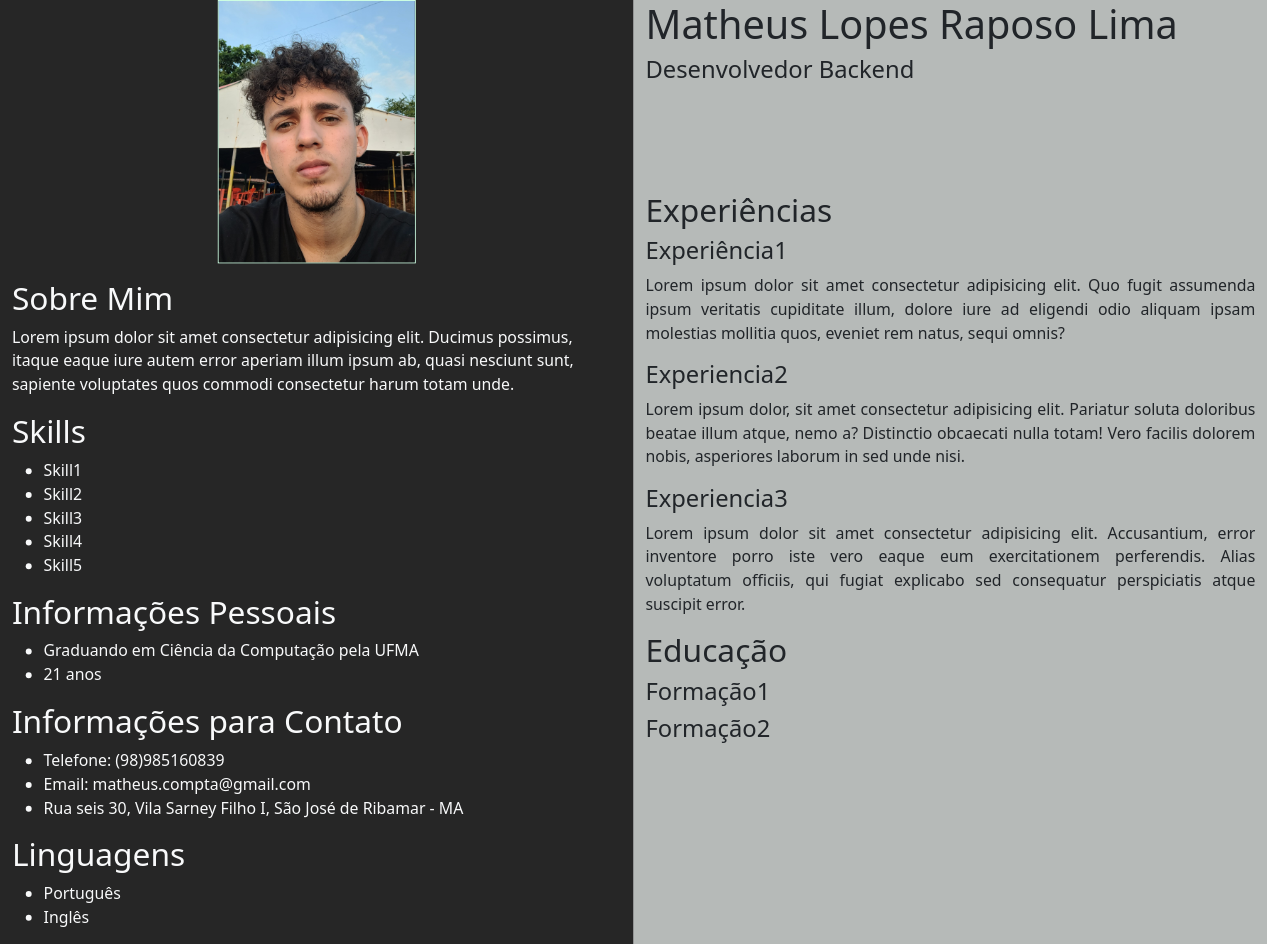
Repository: MaatheusRaposo/Curriculo_Web
Page: index.html
An editor plug-in stored every save of this project. The page is shown before and after the next save, followed by the edit.
The browser window is 1280 px wide. The pictures show the whole page, at 99% of full size.

Above is the page before, as saved 2026-05-28 00:23:26.

### index.html
<!DOCTYPE html>
<html lang="en">
<head>
    <meta charset="UTF-8">
    <meta name="viewport" content="width=device-width, initial-scale=1.0">
    <title>Curriculo Matheus Raposo</title>
    <link href="https://cdn.jsdelivr.net/npm/bootstrap@5.3.8/dist/css/bootstrap.min.css" rel="stylesheet" integrity="sha384-sRIl4kxILFvY47J16cr9ZwB07vP4J8+LH7qKQnuqkuIAvNWLzeN8tE5YBujZqJLB" crossorigin="anonymous">
    <link rel="stylesheet" href="assets/css/style.css">
</head>
<body>
    <div class="container-fluid">
        <div class="row align-items-stretch min-vh-100">
            <div class="col text-light d-flex flex-column" id="coluna-esquerda">
                <div class="d-flex justify-content-center align-items-center">
                    <img class="foto-perfil position-relative mb-3" src="assets/images/20230725_175129.jpg" alt="">
                </div>
                <section>
                    <h2>Sobre Mim</h2>
                    <p>Lorem ipsum dolor sit amet consectetur adipisicing elit. Ducimus possimus, itaque eaque iure autem error aperiam illum ipsum ab, quasi nesciunt sunt, sapiente voluptates quos commodi consectetur harum totam unde.</p>
                </section>
                <section>
                    <h2>Skills</h2>
                    <ul>
                        <li>Skill1</li>
                        <li>Skill2</li>
                        <li>Skill3</li>
                        <li>Skill4</li>
                        <li>Skill5</li>
                    </ul>
                </section>
                <section>
                    <h2>Informações Pessoais</h2>
                    <ul>
                        <li>Graduando em Ciência da Computação pela UFMA</li>
                        <li>21 anos</li>
                    </ul>
                </section>
                <section>
                    <h2>Informações para Contato</h2>
                    <ul>
                        <li>Telefone: (98)985160839</li>
                        <li>Email: matheus.compta@gmail.com</li>
                        <li>Rua seis 30, Vila Sarney Filho I, São José de Ribamar - MA</li>
                    </ul>
                </section>
                <section>
                    <h2>Linguagens</h2>
                    <ul>
                        <li>Português</li>
                        <li>Inglês</li>
                    </ul>
                </section>
            </div>
            <div class="col d-flex flex-column" id="coluna-direita">
                <section>
                    <h1>Matheus Lopes Raposo Lima</h1>
                    <h4>Desenvolvedor Backend</h4>
                </section>
                <div class="d-flex justify-content-center flex-column mt-3 espacamento-classes">
                    <section>
                        <h2>Experiências</h2>
                        <section>
                            <h4>Experiência1</h4>
                            <p>Lorem ipsum dolor sit amet consectetur adipisicing elit. Quo fugit assumenda ipsum veritatis cupiditate illum, dolore iure ad eligendi odio aliquam ipsam molestias mollitia quos, eveniet rem natus, sequi omnis?</p>
                        </section>
                        <section>
                            <h4>Experiencia2</h4>
                            <p>Lorem ipsum dolor, sit amet consectetur adipisicing elit. Pariatur soluta doloribus beatae illum atque, nemo a? Distinctio obcaecati nulla totam! Vero facilis dolorem nobis, asperiores laborum in sed unde nisi.</p>
                        </section>
                        <section>
                            <h4>Experiencia3</h4>
                            <p>Lorem ipsum dolor sit amet consectetur adipisicing elit. Accusantium, error inventore porro iste vero eaque eum exercitationem perferendis. Alias voluptatum officiis, qui fugiat explicabo sed consequatur perspiciatis atque suscipit error.</p>
                        </section>
                    </section>
                    <section>
                        <h2>Educação</h2>
                        <section>
                            <h4>Formação1</h4>
                        </section>
                        <section>
                            <h4>Formação2</h4>
                        </section>
                    </section>
                </div>
            </div>
        </div>
    </div>

    <script src="https://cdn.jsdelivr.net/npm/bootstrap@5.3.8/dist/js/bootstrap.bundle.min.js" integrity="sha384-FKyoEForCGlyvwx9Hj09JcYn3nv7wiPVlz7YYwJrWVcXK/BmnVDxM+D2scQbITxI" crossorigin="anonymous"></script>
    <script src="app.js"></script>
    <noscript>Voce precisa tivar o JavaScript para ver o curriculo perfeitamente</noscript>
</body>
</html>

### assets/css/style.css
.foto-perfil {
    max-width: 200px;
    border: 1px solid #CEFFE4;
}

#coluna-esquerda {
    background-color: #262626;
}

#coluna-direita {
    background-color: #B6BAB8;
}

@media screen and (min-width: 768px) {
    .espacamento-classes {
        margin-top: 100px !important;
    }
}

.espacamento-classes {
    text-align: justify;
}

Loaded but not shown: app.js (no stored copy; drawn as an empty file)

After the next save:
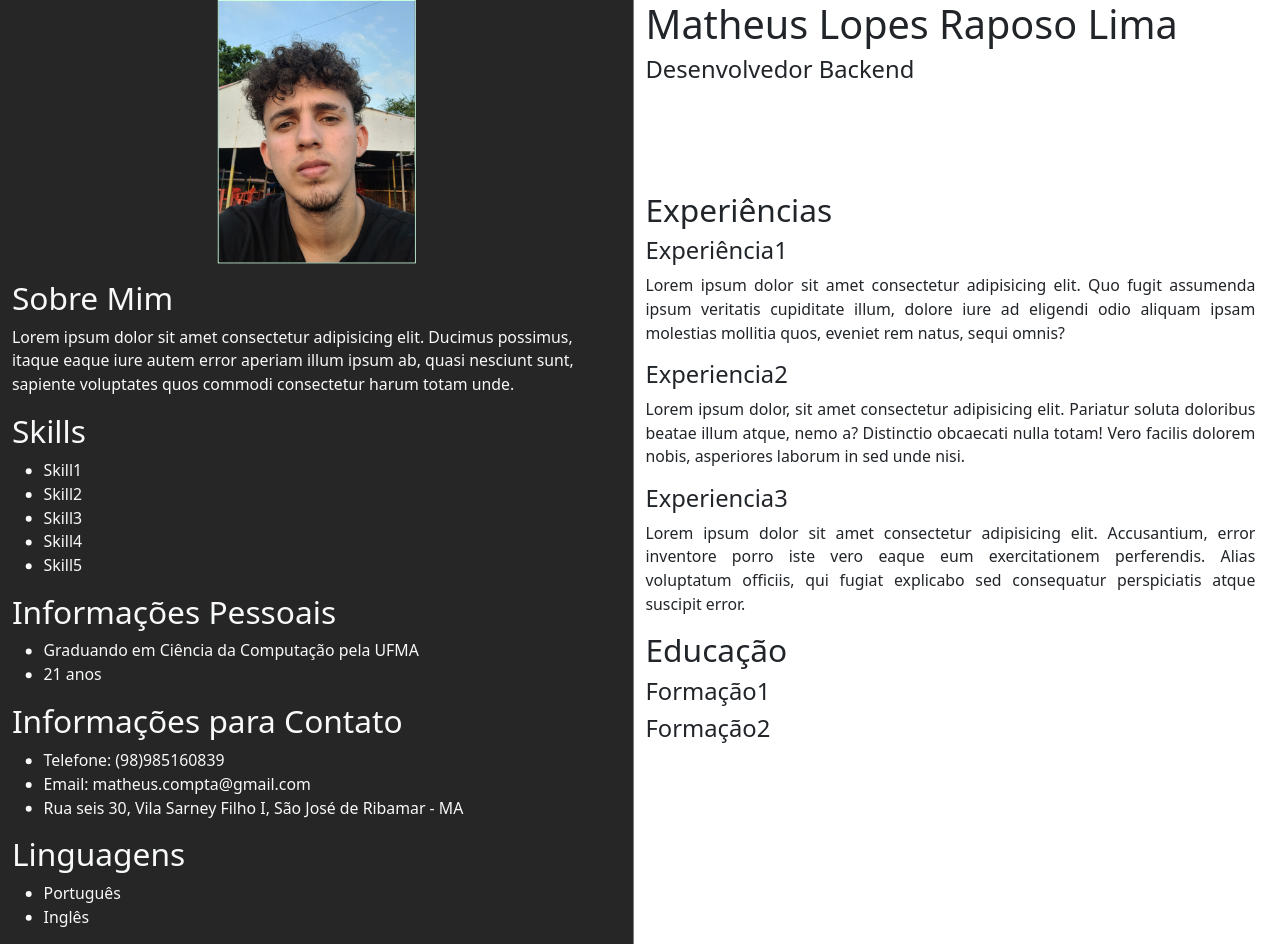
Saved 98 s later.
--- a/assets/css/style.css
+++ b/assets/css/style.css
@@ -5,10 +5,6 @@
 
 #coluna-esquerda {
     background-color: #262626;
-}
-
-#coluna-direita {
-    background-color: #B6BAB8;
 }
 
 @media screen and (min-width: 768px) {
